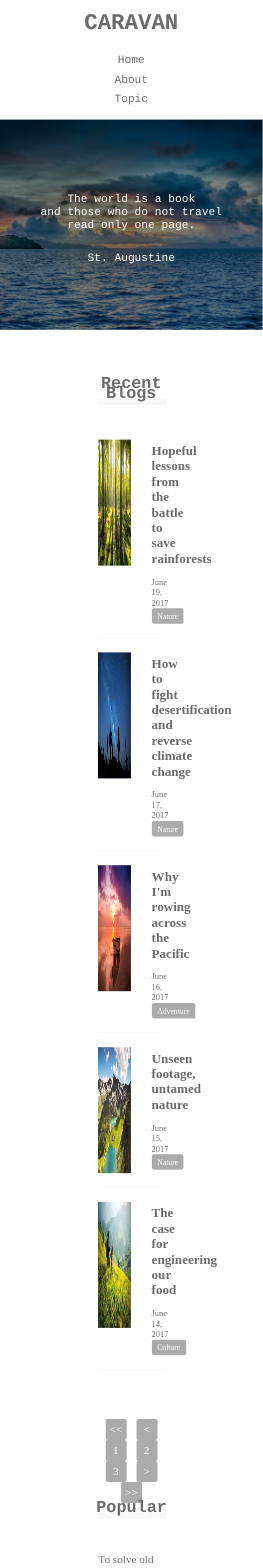
Repository: pureforest/html
Page: caravan/index.html
The author's editor kept a record of every edit. The page is drawn from the files as they stood at one moment, then again after the next edit.
The browser window is 375 px wide. The pictures show the part of the page from y = 0 to 2240 px (the page is 3447 px tall before and 3359 px after), at 70% of full size.
Some web libraries are served in a nearby version.

Above is the page before.

After the next edit:
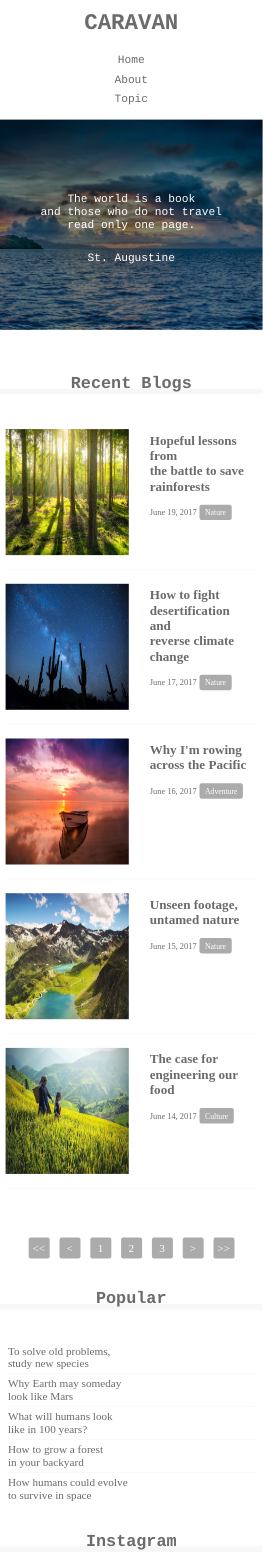
The edit:
--- a/caravan/style.css
+++ b/caravan/style.css
@@ -286,35 +286,76 @@
 .instagram-box:nth-child(odd) {
   margin-right: 4%;
 }
-
-.instagram-box:nth-child(1) {
-  background-image: url(img/airport.jpg);
-}
-
-.instagram-box:nth-child(2) {
-  background-image: url(img/japan.jpg);
-}
-
-.instagram-box:nth-child(3) {
-  background-image: url(img/snow.jpg);
-}
-
-.instagram-box:nth-child(4) {
-  background-image: url(img/japan2.jpg);
-}
-
-.instagram-box:nth-child(5) {
-  background-image: url(img/lake.jpg);
-}
-
-.instagram-box:nth-child(6) {
-  background-image: url(img/road.jpg);
-}
-
-footer {
-  width: 100%;
-  height: 120px;
-  text-align: center;
-  line-height: 120px;
-  background-color: #848282;
-}
+.pagination {
+    margin-bottom: 50px;
+  }
+}
+
+@media screen and (max-width: 425px) {
+  header {
+    width: 100%;
+  }
+
+  .nav-list {
+    width: 100%;
+  }
+
+  .nav-list-item {
+    width: 100%;
+    margin: 0 0 10px 0;
+  }
+
+  .social {
+    display: none;
+  }
+
+  .main-visual-content {
+    width: 100%;
+  }
+
+  main {
+    width: 100%;
+    display: block;
+  }
+
+  .blog {
+    width: 100%;
+    margin: 0;
+  }
+
+  .blog-box {
+    padding-left: 2%;
+    padding-right: 2%;
+  }
+
+  .blog-image {
+    width: 49%;
+  }
+
+  .blog-text {
+    width: 49%;
+    padding-top: 5px;
+  }
+
+  .sidebar {
+    width: 100%;
+  }
+
+  .sidebar-contents {
+    padding-left: 3%;
+    padding-right: 3%;
+  }
+
+  .instagram-box {
+    width: 48%;
+    padding-top: 48%;
+  }
+
+  .instagram-box:nth-child(odd) {
+    margin-right: 4%;
+  }
+
+  .pagination {
+    margin-bottom: 50px;
+  }
+}
